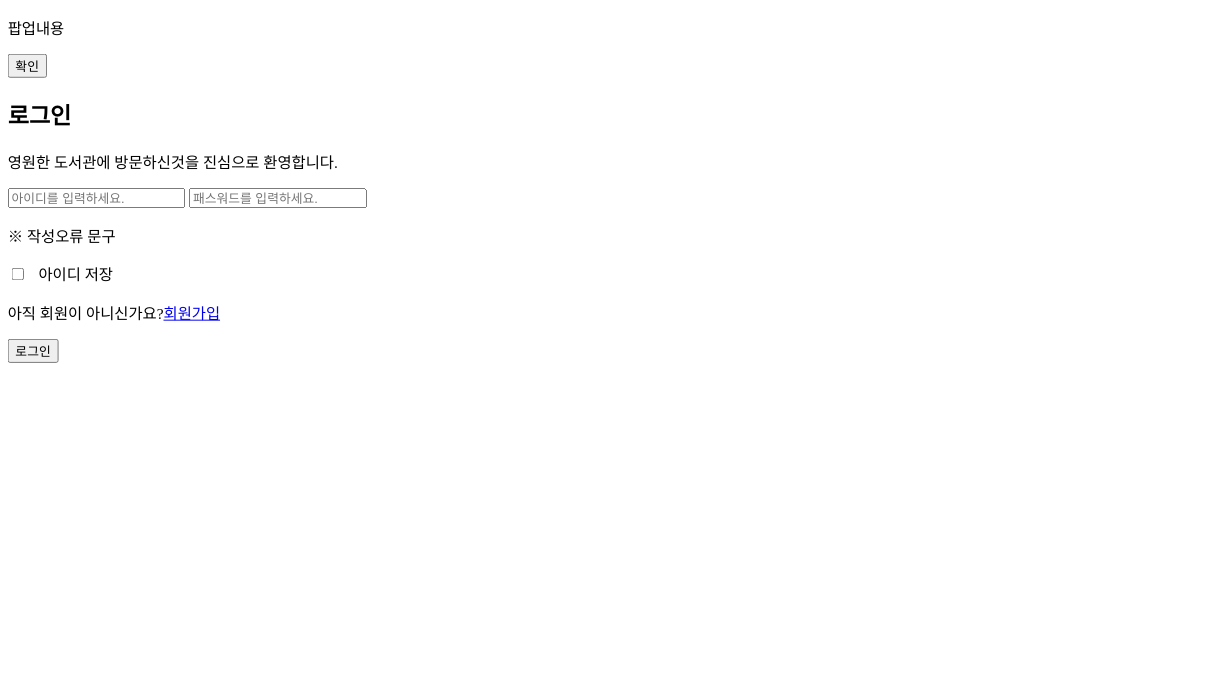
Repository: PacJ/spring_project
Page: http://localhost/spring_project/WEB-INF/views/user/login.jsp
These files come from the project's save history. The page is drawn as it stood at one moment and after the next save; the edit follows.
The browser window is 1280 px wide. The pictures show the whole page, at 96% of full size.
The page is served by Tomcat 9. Nobody is signed in. Other server files are loaded and not shown. The template is opened directly, without the code that normally fills it, so the values that code supplies are empty.

Above is the page before, as saved 2023-03-07 00:54:22.

### spring_project/src/main/webapp/WEB-INF/views/user/login.jsp
<%@ page language="java" contentType="text/html; charset=UTF-8"
    pageEncoding="UTF-8"%>
<!DOCTYPE html>
<head>
<meta charset="UTF-8">
<title>Insert title here</title>
<script  src="https://ajax.googleapis.com/ajax/libs/jquery/3.6.0/jquery.min.js"></script>
<!-- <script>
#({dto.user=null}) = event.stoppropogation

#({dto.userPw.matches=}) =
</script> -->
</head>
	<!-- 공통팝업 -->
    <section class="popup_back">
        <article class="popup">
            <p>팝업내용</p>
            <button>확인</button>
        </article>
    </section>
	 <!-- login -->

        <section class="sign_area">
            <article class="inner">
                <h2>로그인</h2>
                <p>영원한 도서관에 방문하신것을 진심으로 환영합니다.</p>
                <form class="login_form" action="login.do" method="post">
                    <input type="text" name="userId" placeholder="아이디를 입력하세요." />
                    <input type="password" name="userPw" placeholder="패스워드를 입력하세요." />
                    <p class="on">※ 작성오류 문구</p>
                    <div>
                        <input type="checkbox" id="save_id" value="">
                        <label for="save_id">&nbsp;&nbsp;아이디 저장</label>
                        <p>아직 회원이 아니신가요?<a href="#">회원가입</a></p>
                    </div>
                    <button type="submit">로그인</button>
                </form>
            </article>
        </section>

### spring_project/src/main/webapp/resources/css/common.css
@charset "UTF-8";
/* font list */
@font-face {
  font-family: 'neo_l';
  font-display: auto;
  font-weight: 400;
  src: url('../assets/font/NanumSquareNeoOTF-aLt.otf') format('OpenType');
}
@font-face {
  font-family: 'neo_r';
  font-display: auto;
  font-weight: 500;
  src: url('../../assets/font/NanumSquareNeoOTF-bRg.otf') format('OpenType');
}
@font-face {
  font-family: 'neo_b';
  font-display: auto;
  font-weight: 600;
  src: url('../../assets/font/NanumSquareNeoOTF-cBd.otf') format('OpenType');
}
@font-face {
  font-family: 'neo_eb';
  font-display: auto;
  font-weight: 700;
  src: url('../../assets/font/NanumSquareNeoOTF-dEb.otf') format('OpenType');
}
@font-face {
  font-family: 'neo_hb';
  font-display: auto;
  font-weight: 800;
  src: url('../../assets/font/NanumSquareNeoOTF-eHv.otf') format('OpenType');
}

/* css reset */
* {
  margin: 0;
  padding: 0;
  font-family: 'neo_r';
  font-size: 16px;
  color: #141414;
  transition: 0.3s;
}

html,
body {
  width: 100%;
  height: auto;

  background-color: #ffffff;
}

a,
a:link,
a:hover,
a:active,
a:visited {
  color: #141414;
  text-decoration: none;
  cursor: pointer;
}

ul,
ul li {
  list-style: none;
}

button,
button:focus {
  border: 0;
  background-color: #ffffff;
  outline: 0;
  cursor: pointer;
}

.wrap {
  position: relative;
  width: 100%;
  height: auto;
  min-width: 1600px;
  min-height: calc(100% - 120px);
}

/* mob menu ani */
.menu-trigger {
  display: none;
}

/* pc 로그인_회원가입 영역 */
.sign_area_pc {
  width: 100%;
  height: auto;
  background-color: #dddddd;
}

.sign_area_pc p {
  width: 1400px;
  height: auto;
  font-family: 'neo_r';
  font-size: 16px;
  color: #666666;
  text-align: right;
  padding: 12px 0 12px 0;
  margin: 0 auto;
}

.sign_area_pc p span {
  font-family: 'neo_r';
  font-size: 14px;
  color: #666666;
  text-align: right;
  margin: 0 20px 0 20px;
}

.sign_area_pc p a {
  font-family: 'neo_r';
  font-size: 16px;
  color: #666666;
  text-align: right;
}

.sign_area_mob {
  display: none;
}

/* pc nav */
.nav_area {
  position: sticky;
  top: 0px;
  width: 100%;
  height: 80px;
  background-color: #ffffff;
  z-index: 1000;
  box-shadow: 0 8px 8px -4px #00000022;
}

.nav_area .inner {
  width: 1400px;
  height: 80px;
  margin: 0 auto;
  clear: both;
}

.nav_area .inner > a {
  height: 80px;
  display: inline-block;
}

.nav_area .inner > a .logo {
  height: 80px;
}

.nav_area .inner ul {
  float: right;
}

.nav_area .inner ul li {
  float: left;
  margin-left: 80px;
}

.nav_area .inner ul li > a {
  height: 80px;
  line-height: 80px;
  font-family: 'neo_b';
  font-size: 18px;
  color: #666666;
  text-align: right;
}

.nav_area .inner ul li > a:hover,
.nav_area .inner ul li > a.active {
  font-family: 'neo_eb';
  color: #141414;
}

.sign_area_mob {
  display: none;
}

/* footer */
.footer_area {
  width: 100%;
  height: auto;
  background-color: #dddddd;
  padding: 60px 0 40px 0;
}

.footer_area .inner {
  width: 1400px;
  height: auto;
  margin: 0 auto;
}

.footer_area .inner p,
.footer_area .inner p span {
  font-family: 'neo_r';
  font-size: 18px;
  color: #666666;
  margin-bottom: 20px;
}

.footer_area .inner p span {
  margin-left: 20px;
}

.footer_area .inner p br {
  display: none;
}

/* popup */

.popup_back {
  position: fixed;
  top: 0;
  left: 0;
  z-index: 3000;
  background-color: #00000055;
  width: 100%;
  height: 100%;
  display: none;
}

.popup_back.on {
  display: block;
}

.popup_back .popup {
  position: absolute;
  top: 50%;
  left: 50%;
  width: 500px;
  height: 250px;
  box-sizing: border-box;
  margin-top: -125px;
  margin-left: -250px;
  background-color: #fff;
  padding: 20px;
}

.popup_back .popup p {
  color: #141414;
  font-size: 18px;
  font-family: 'neo_b';
  width: 100%;
  height: 150px;
  text-align: center;
  line-height: 150px;
}

.popup_back .popup button {
  width: 100%;
  height: 60px;
  background-color: #988e7e;
  color: #fff;
  font-size: 18px;
  font-family: 'neo_eb';
}

/* 서브페이지 템플릿 */

.subpage_wrap {
  width: 100%;
  height: auto;
  min-height: 1000px;
  background-color: #ffdada;
  padding: 80px 0 80px 0;
}

.subpage_wrap .inner {
  width: 1000px;
  height: auto;
  margin: 0 auto;
}

.subpage_wrap .inner h2 {
  font-size: 34px;
  font-family: 'neo_eb';
  color: #635845;
  margin-bottom: 40px;
  text-align: center;
}

.subpage_wrap .inner .contents {
  width: 100%;
  height: auto;
  background-color: #ffffff;
}

@media (max-width: 700px) {
  .wrap {
    min-width: 0;
  }

  /* pc 로그인_회원가입 영역 none */
  .sign_area_pc {
    display: none;
  }

  .sign_area_mob {
    display: block;
  }

  /* mob nav */
  .nav_area {
    height: 60px;
  }

  .nav_area .inner {
    width: 100%;
    height: 60px;
  }

  .nav_area .inner > * {
    float: left;
  }

  .nav_area .inner > a {
    height: 60px;
    display: block;
    margin-left: 15px;
  }

  .nav_area .inner > a .logo {
    height: 60px;
  }

  .nav_area .inner ul {
    width: 100%;
    height: 0;
    float: none;
    position: absolute;
    top: 60px;
    background-color: #988e7e;
    border-radius: 0 0 20px 20px;
    overflow: hidden;
  }

  .nav_area .inner ul.active {
    height: 348px;
    box-shadow: 0 8px 8px -2px #00000033;
  }

  .nav_area .inner ul li {
    float: none;
    margin: 0;
    text-align: center;
    background-color: #eeeeee;
  }

  .nav_area .inner ul li > a {
    height: 60px;
    line-height: 60px;
    font-size: 16px;
    color: #666666;
    text-align: center;
  }

  .nav_area .inner ul li > a:hover {
    font-family: 'neo_eb';
    color: #141414;
  }

  .nav_area .inner ul li:nth-of-type(5) {
    border-radius: 0 0 20px 20px;
  }

  .sign_area_mob {
    display: block;
  }

  .nav_area .inner ul .sign_area_mob {
    height: auto;
    padding: 15px 0 15px 0;
    background-color: #988e7e;
    border-radius: 0 0 20px 20px;
  }

  .nav_area .inner ul .sign_area_mob > p {
    text-align: center;
    font-size: 14px;
    color: #fff;
    line-height: 18px;
  }

  .nav_area .inner ul .sign_area_mob a {
    display: inline-block;
    font-size: 14px;
    color: #fff;
  }

  .nav_area .inner ul .sign_area_mob span {
    margin: 0 20px 0 20px;
    font-size: 13px;
    color: #fff;
  }

  /* menu ani */
  .menu-trigger {
    margin: 15px 20px;
    float: right !important;
  }

  .menu-trigger,
  .menu-trigger span {
    display: inline-block;
    transition: all 0.4s;
    box-sizing: border-box;
  }

  .menu-trigger {
    position: relative;
    width: 34px;
    height: 30px;
    display: block;
  }

  .menu-trigger span {
    position: absolute;
    left: 0;
    width: 100%;
    height: 4px;
    background-color: #988e7e;
    border-radius: 2px;
  }

  .menu-trigger span:nth-of-type(1) {
    top: 0;
  }

  .menu-trigger span:nth-of-type(2) {
    top: 13px;
  }

  .menu-trigger span:nth-of-type(3) {
    bottom: 0;
  }

  .menu-trigger.active span:nth-of-type(1) {
    -webkit-transform: translateY (14px) rotate (-45deg);
    transform: translateY(14px) rotate(-45deg);
  }

  .menu-trigger.active span:nth-of-type(2) {
    opacity: 0;
  }

  .menu-trigger.active span:nth-of-type(3) {
    -webkit-transform: translateY(-12px) rotate(45deg);
    transform: translateY(-12px) rotate(45deg);
  }

  /* footer */
  .footer_area {
    width: calc(100% - 40px);
    padding: 40px 20px 20px 20px;
  }

  .footer_area .inner {
    width: 100%;
  }

  .footer_area .inner p,
  .footer_area .inner p span {
    line-height: 25px;
    text-align: center;
    font-size: 11px;
    margin-bottom: 15px;
  }

  .footer_area .inner p span {
    margin-left: 20px;
  }

  .footer_area .inner p br {
    display: block;
  }

  .footer_area .inner p span:first-of-type {
    margin-left: 0;
  }

  /* popup */

  .popup_back .popup {
    position: absolute;
    top: 30%;
    left: 0;
    width: calc(100% - 30px);
    height: auto;
    margin-top: 0;
    margin-left: 0;
    padding: 20px;
    margin: 15px;
  }

  .popup_back .popup p {
    height: auto;
    font-size: 14px;
    line-height: 25px;
    padding: 40px 0;
  }

  .popup_back .popup button {
    height: 40px;
    font-size: 14px;
  }

  /* 서브페이지 템플릿 */

  .subpage_wrap {
    min-height: 0;
    padding: 60px 15px;
    box-sizing: border-box;
  }

  .subpage_wrap .inner {
    width: 100%;
  }

  .subpage_wrap .inner h2 {
    font-size: 21px;
    margin-bottom: 30px;
  }
}

### spring_project/src/main/webapp/resources/css/sign.css
@charset "UTF-8";
/* sign area */
.sign_area {
  width: 100%;
  height: auto;
  min-height: 100%;
  box-sizing: border-box;
  padding: 240px 0;
  background-color: #f5f5f5;
}

.sign_area .inner {
  width: 560px;
  height: auto;
  padding: 60px 30px;
  overflow: hidden;
  box-sizing: border-box;
  background-color: #fff;
  margin: auto;
  box-shadow: 0 2px 12px 0 #dbdbdb, 0 2px 5px 0 #dbdbdb;
  border-radius: 3px;
}

.sign_area .inner > h2 {
  font-family: 'neo_eb';
  font-size: 32px;
  color: #635845;
  margin-bottom: 15px;
  text-align: center;
}

.sign_area .inner > p {
  font-size: 14px;
  color: #333;
  margin-bottom: 40px;
  text-align: center;
}

/* 로그인 */

.sign_area .inner .login_form > input {
  width: 100%;
  height: 48px;
  border: 1px solid #ddd;
  color: #666;
  box-sizing: border-box;
  padding: 5px 20px;
  font-size: 14px;
  margin-bottom: 20px;
}

.sign_area .inner .login_form > input:focus {
  outline: 2px solid #988e7e;
}

.sign_area .inner .login_form > p {
  font-size: 14px;
  color: #d83333;
  margin-bottom: 30px;
  display: none;
}

.sign_area .inner .login_form > p.on {
  display: block;
}

.sign_area .inner .login_form > div {
  width: 100%;
  height: auto;
  display: inline-block;
}

.sign_area .inner .login_form > div label {
  font-size: 14px;
  color: #333;
}

.sign_area .inner .login_form > div label,
.sign_area .inner .login_form > div input {
  float: left;
  user-select: none;
  cursor: pointer;
  line-height: 14px;
}

.sign_area .inner .login_form > div p {
  float: right;
  font-size: 14px;
}

.sign_area .inner .login_form > div p a {
  font-size: 16px;
  margin-left: 10px;
  color: #635845;
  font-family: 'neo_eb';
}

.sign_area .inner .login_form > button {
  width: 100%;
  margin-top: 40px;
  font-size: 18px;
  background-color: #988e7e;
  color: #fff;
  padding: 15px 0;
  font-family: 'neo_b';
  letter-spacing: 3px;
}

/* 회원가입 */

.sign_area .inner .signup_form ul li {
  width: 100%;
  height: auto;
  margin-bottom: 20px;
  display: inline-block;
}

.sign_area .inner .signup_form ul li > * {
  float: left;
}

.sign_area .inner .signup_form ul li h4 {
  font-family: 'neo_b';
  width: 100%;
  height: auto;
  font-size: 14px;
  font-weight: 700;
  color: #333;
  margin-bottom: 10px;
}

.sign_area .inner .signup_form ul li input {
  width: 100%;
  height: 48px;
  border: 1px solid #ddd;
  color: #666;
  box-sizing: border-box;
  padding: 5px 20px;
  font-size: 14px;
}

.sign_area .inner .signup_form ul li input:focus {
  outline: 2px solid #988e7e;
}

.sign_area .inner .signup_form ul li p {
  width: 100%;
  font-size: 14px;
  color: #d83333;
  display: none;
  margin-top: 10px;
}

.sign_area .inner .signup_form ul li p.on {
  display: block;
}

.sign_area .inner .signup_form ul .id_input input {
  width: calc(50% - 5px);
  margin-right: 10px;
}

.sign_area .inner .signup_form ul .id_input button {
  width: calc(50% - 5px);
  height: 48px;
  font-size: 16px;
  box-sizing: border-box;
  border: 2px solid #988e7e;
  background-color: #fff;
  color: #635845;
  font-family: 'neo_b';
}

.sign_area .inner .signup_form ul .id_input button:hover {
  background-color: #ebe6dd;
}

.sign_area .inner .signup_form ul .addr_input input {
  margin-bottom: 10px;
}

.sign_area .inner .signup_form ul .addr_input input:first-of-type {
  width: calc(50% - 5px);
  margin-right: 10px;
}

.sign_area .inner .signup_form ul .addr_input button {
  width: calc(50% - 5px);
  height: 48px;
  font-size: 16px;
  box-sizing: border-box;
  border: 2px solid #988e7e;
  background-color: #fff;
  color: #635845;
  font-family: 'neo_b';
}

.sign_area .inner .signup_form ul .addr_input button:hover {
  background-color: #ebe6dd;
}

.sign_area .inner .signup_form ul .addr_input input:read-only {
  background-color: #eee;
  cursor: no-drop;
}

.sign_area .inner .signup_form ul .sex_input button {
  width: 50%;
  height: 48px;
  border: 2px solid #635845;
  background-color: #fff;
  color: #635845;
  font-family: 'neo_b';
  font-size: 16px;
  text-align: center;
  box-sizing: border-box;
  line-height: 45px;
  letter-spacing: 3px;
}

.sign_area .inner .signup_form ul .sex_input button.active {
  background-color: #635845;
  color: #fff;
}

.sign_area .inner .signup_form ul .sex_input label:nth-of-type(1) {
  border-right: 1px solid #635845;
}

.sign_area .inner .signup_form ul .sex_input label:nth-of-type(2) {
  border-left: 1px solid #635845;
}

.sign_area .inner .signup_form > button {
  width: 100%;
  margin-top: 40px;
  font-size: 18px;
  background-color: #988e7e;
  color: #fff;
  padding: 15px 0;
  font-family: 'neo_b';
  letter-spacing: 3px;
}

@media (max-width: 700px) {
  /* sign area */
  .sign_area {
    width: 100%;
    height: auto;
    min-height: 100%;
    box-sizing: border-box;
    padding: 80px 15px;
    background-color: #f5f5f5;
  }

  .sign_area .inner {
    width: 100%;
    padding: 60px 15px;
  }

  .sign_area .inner > h2 {
    font-size: 24px;
  }

  .sign_area .inner > p {
    font-size: 11px;
    margin-bottom: 25px;
  }

  /* 로그인 */

  .sign_area .inner .login_form > input {
    height: 40px;
    margin-bottom: 15px;
  }

  .sign_area .inner .login_form > input:focus {
    outline: 2px solid #988e7e;
  }

  .sign_area .inner .login_form > p {
    font-size: 11px;
  }

  .sign_area .inner .login_form > div label {
    font-size: 11px;
  }

  .sign_area .inner .login_form > div label,
  .sign_area .inner .login_form > div input {
    line-height: 13px;
  }

  .sign_area .inner .login_form > div p {
    font-size: 11px;
  }

  .sign_area .inner .login_form > div p a {
    font-size: 11px;
  }

  .sign_area .inner .login_form > button {
    margin-top: 30px;
    font-size: 14px;
    padding: 10px 0;
  }

  /* 회원가입 */

  .sign_area .inner .signup_form ul li h4 {
    font-size: 13px;
  }

  .sign_area .inner .signup_form ul li input {
    height: 40px;
    padding: 5px 10px;
    font-size: 13px;
  }

  .sign_area .inner .signup_form ul li p {
    font-size: 11px;
  }

  .sign_area .inner .signup_form ul .id_input input {
    width: calc(50% - 5px);
    margin-right: 10px;
  }

  .sign_area .inner .signup_form ul .id_input button {
    height: 40px;
    font-size: 13px;
  }

  .sign_area .inner .signup_form ul .addr_input button {
    height: 40px;
    font-size: 13px;
  }

  .sign_area .inner .signup_form ul .sex_input button {
    height: 40px;
    font-size: 13px;
    line-height: 38px;
    letter-spacing: 3px;
  }

  .sign_area .inner .signup_form > button {
    margin-top: 40px;
    font-size: 14px;
    padding: 10px 0;
  }
}

Loaded but not shown: spring_project/src/main/webapp/resources/css/main.css (737 lines, source omitted)

After the next save:
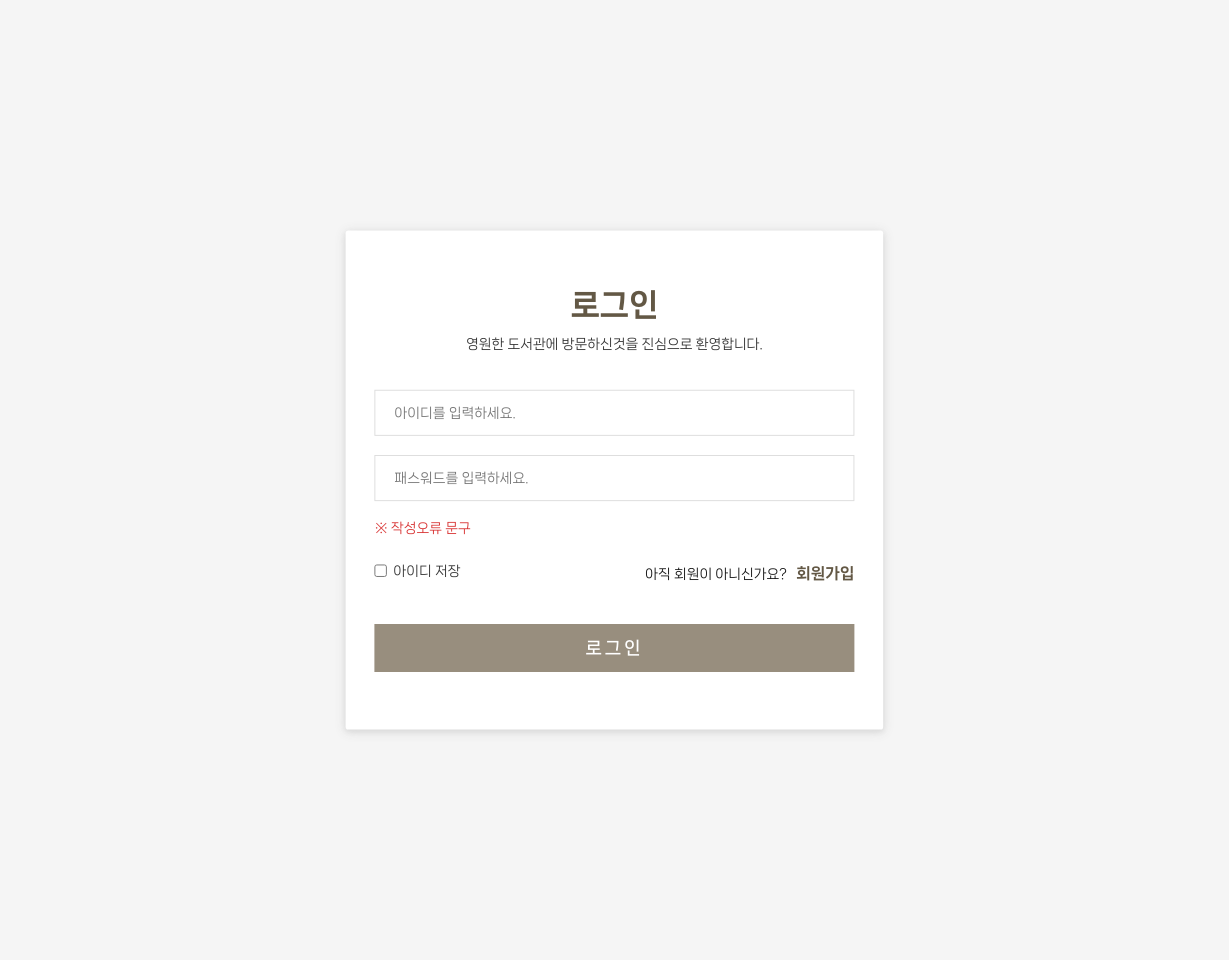
Saved 10 min 58 s later.
--- a/spring_project/src/main/webapp/WEB-INF/views/user/login.jsp
+++ b/spring_project/src/main/webapp/WEB-INF/views/user/login.jsp
@@ -10,6 +10,10 @@
 
 #({dto.userPw.matches=}) =
 </script> -->
+<!-- style -->
+   <link rel="stylesheet" href="./resources/css/common.css" />
+   <link rel="stylesheet" href="./resources/css/main.css" />
+   <link rel="stylesheet" href="./resources/css/sign.css" />
 </head>
 	<!-- 공통팝업 -->
     <section class="popup_back">
